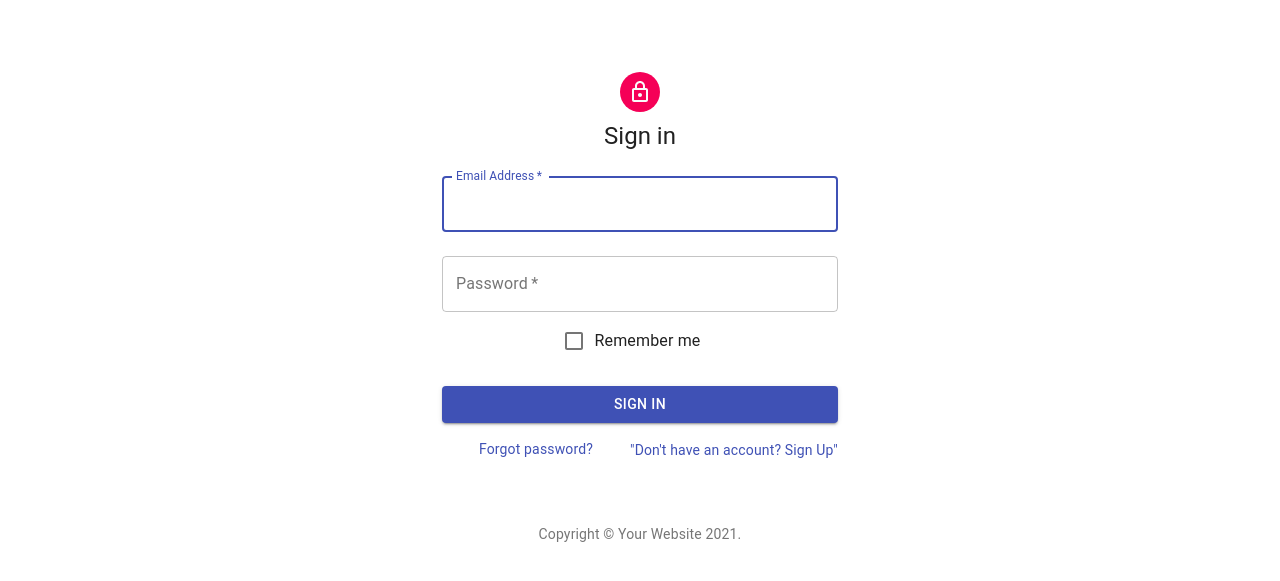
Repository: Rubin78/loginform
Page: /loginform
These files come from the project's save history. The page is drawn as it stood at one moment and after the next save; the edit follows.
The browser window is 1280 px wide. The pictures show the whole page.
The page's requests for data from a server got no answer. The project was rebuilt for these pictures with package versions that can differ from the ones it lists, and the page was loaded fresh each time. No one was signed in, and anything a server would have sent is missing. Also part of the build but not shown: src/loginform/signupform.js.

Above is the page before, as saved 2021-02-12 14:44:04.

After the next save:
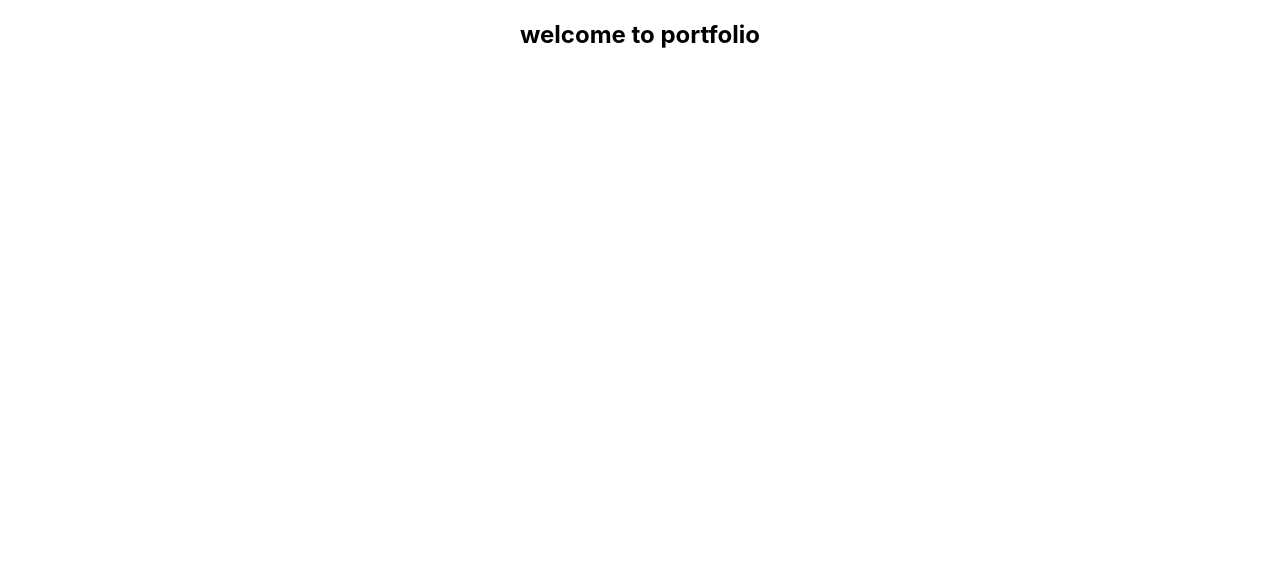
Saved 12 min 25 s later.
--- a/src/App.js
+++ b/src/App.js
@@ -10,7 +10,7 @@
     <Router>
       <div className="App">
         <Switch>
-          <Route exact path="/loginform" component={loginform} />
+          <Route exact path="/" component={loginform} />
           <Route exact path="/signup" component={signupform} />
 
           <Route render={() => <h2>welcome to portfolio </h2>} />

After the save that followed:
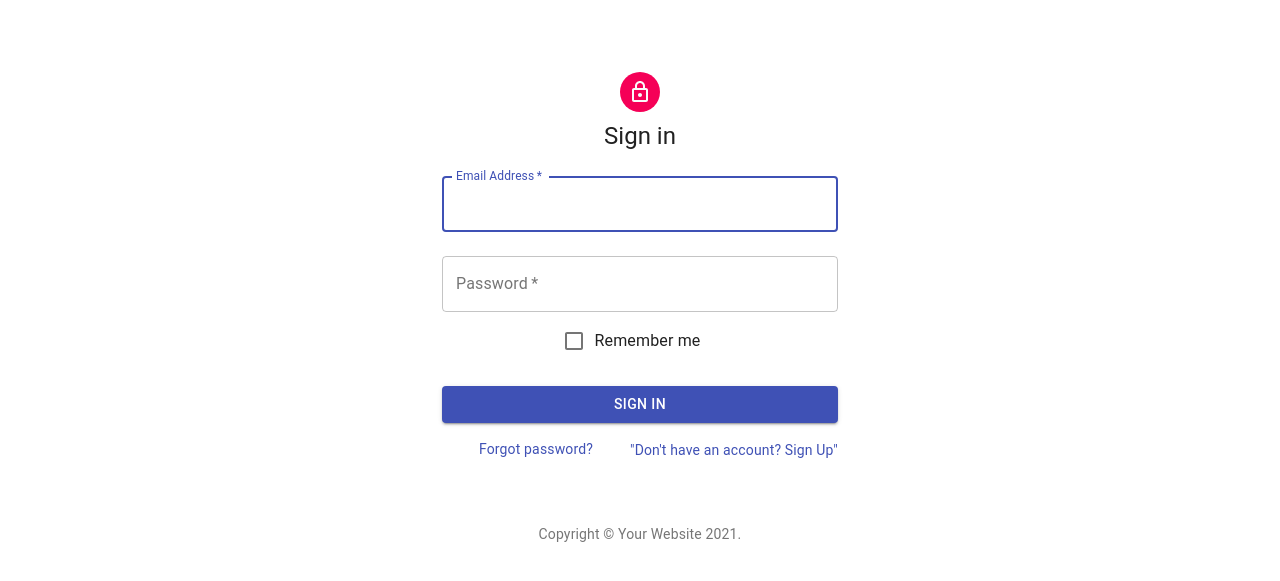
Saved 10 s later.
--- a/src/App.js
+++ b/src/App.js
@@ -10,7 +10,7 @@
     <Router>
       <div className="App">
         <Switch>
-          <Route exact path="/" component={loginform} />
+          <Route exact path="/loginform" component={loginform} />
           <Route exact path="/signup" component={signupform} />
 
           <Route render={() => <h2>welcome to portfolio </h2>} />
